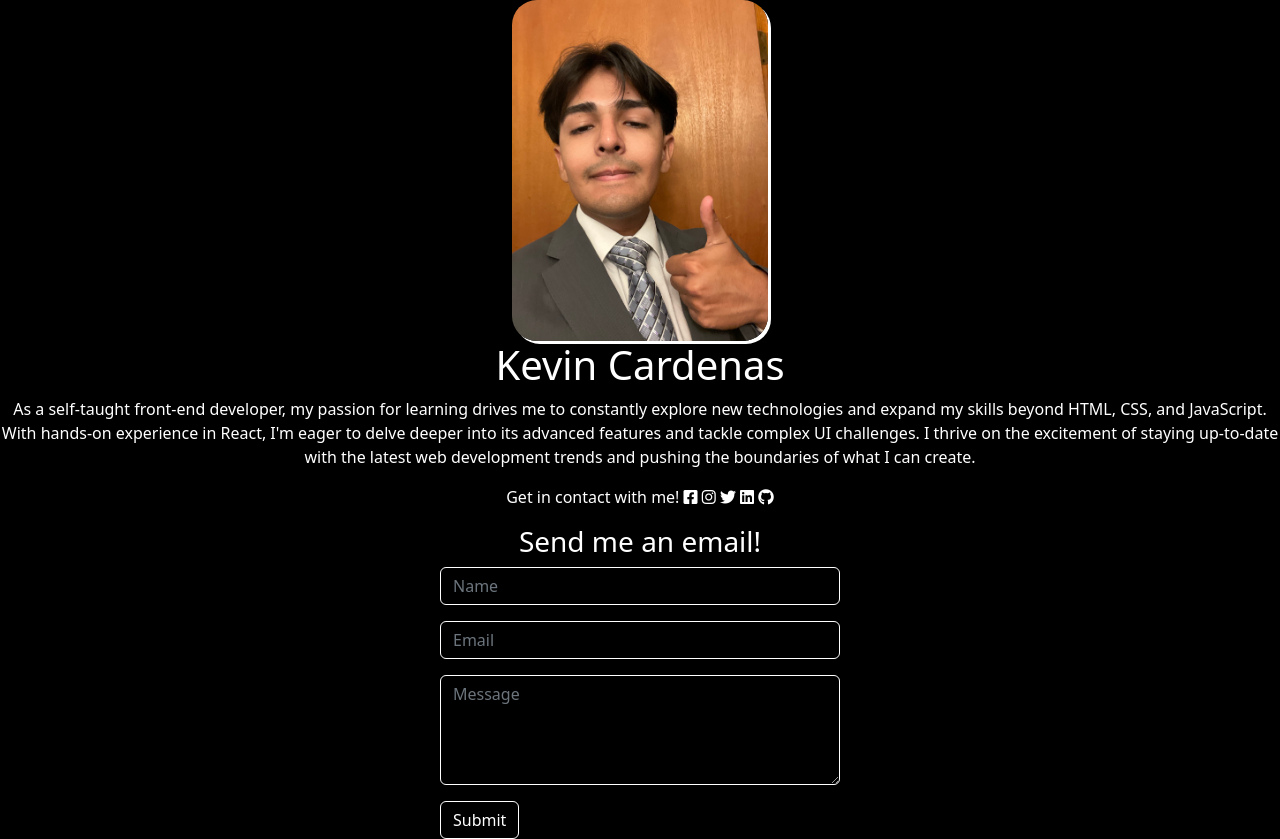
Repository: elqueben/elqueben.github.io
Page: public/index.html
An editor plug-in stored every save of this project. The page is shown before and after the next save, followed by the edit.
The browser window is 1280 px wide. The pictures show the whole page.

Above is the page before, as saved 2023-06-20 12:24:39.

### public/index.html
<!DOCTYPE html>
<html lang="en">
<head>
  <meta charset="UTF-8">
  <meta name="viewport" content="width=device-width, initial-scale=1.0">
  <link rel="stylesheet" href="https://cdnjs.cloudflare.com/ajax/libs/font-awesome/6.4.0/css/all.min.css" integrity="sha512-iecdLmaskl7CVkqkXNQ/ZH/XLlvWZOJyj7Yy7tcenmpD1ypASozpmT/E0iPtmFIB46ZmdtAc9eNBvH0H/ZpiBw==" crossorigin="anonymous" referrerpolicy="no-referrer" />
  <link rel="stylesheet" href="https://cdn.jsdelivr.net/npm/bootstrap@5.2.3/dist/css/bootstrap.min.css" integrity="sha384-rbsA2VBKQhggwzxH7pPCaAqO46MgnOM80zW1RWuH61DGLwZJEdK2Kadq2F9CUG65" crossorigin="anonymous">
  <link rel="stylesheet" href="styles.css">
  <title>elqueben</title>
</head>
<body>
  <div>
    <img id="pfp" src="me.jpg" />
  </div>
  <div>
  <h1 class="text-center">Kevin Cardenas</h1>
  <p class="text-center">As a self-taught front-end developer, my passion for learning drives me to constantly explore new technologies and expand my skills beyond HTML, CSS, and JavaScript. With hands-on experience in React, I'm eager to delve deeper into its advanced features and tackle complex UI challenges. I thrive on the excitement of staying up-to-date with the latest web development trends and pushing the boundaries of what I can create.</p>
  </div>
  <div class="text-center">
    <p>Get in contact with me!
      <a href="https://www.facebook.com/eselqueben/" target="_blank"><i class="fa fa-brands fa-square-facebook"></i></a>
      <a href="https://www.instagram.com/elqueben/" target="_blank"><i class="fa fa-brands fa-instagram"></i></a>
      <a href="https://twitter.com/eselqueben" target="_blank"><i class="fa fa-brands fa-twitter"></i></a>
      <a href="https://www.linkedin.com/in/elqueben/" target="_blank"><i class="fa fa-brands fa-linkedin"></i></a>
      <a href="https://github.com/elqueben" target="_blank"><i class="fa fa-brands fa-github"></i></a>
    </p>
  </div>
  <div>
    <div>
      <h3 class="text-center">Send me an email!</h3>
      <form class="my-form">
        <div class="mb-3">
          <input type="text" name="name" class="form-control" placeholder="Name">
        </div>
        <div class="mb-3">
          <input type="email" name="email" class="form-control" placeholder="Email">
        </div>
        <div class="mb-3">
          <textarea class="form-control" rows="4" placeholder="Message"></textarea>
        </div>
        <button type="submit" class="btn btn-primary">Submit</button>
      </form>
    </div>
  </div>

</body>
</html>

### public/styles.css
#pfp {
    width: 20%;
    display: block;
    margin: 0 auto;
    border: 2px;
    border-radius: 25px;
    box-shadow: 3px 3px;
}

body {
    background-color: #000;
    color: #fff;
}

.my-form {
    max-width: 400px;
    margin: 0 auto;
}

.form-control {
    background-color: #000;
    border: 1px solid #fff;
    color: #fff;
}

.btn-primary {
    background-color: #000;
    border-color: #fff;
}

.btn-primary:hover {
    background-color: #333;
    border-color: #fff;
    color: #fff;
}

.fa {
    color: #fff;
}

.fa:hover {
    color: #333;
  }

After the next save:
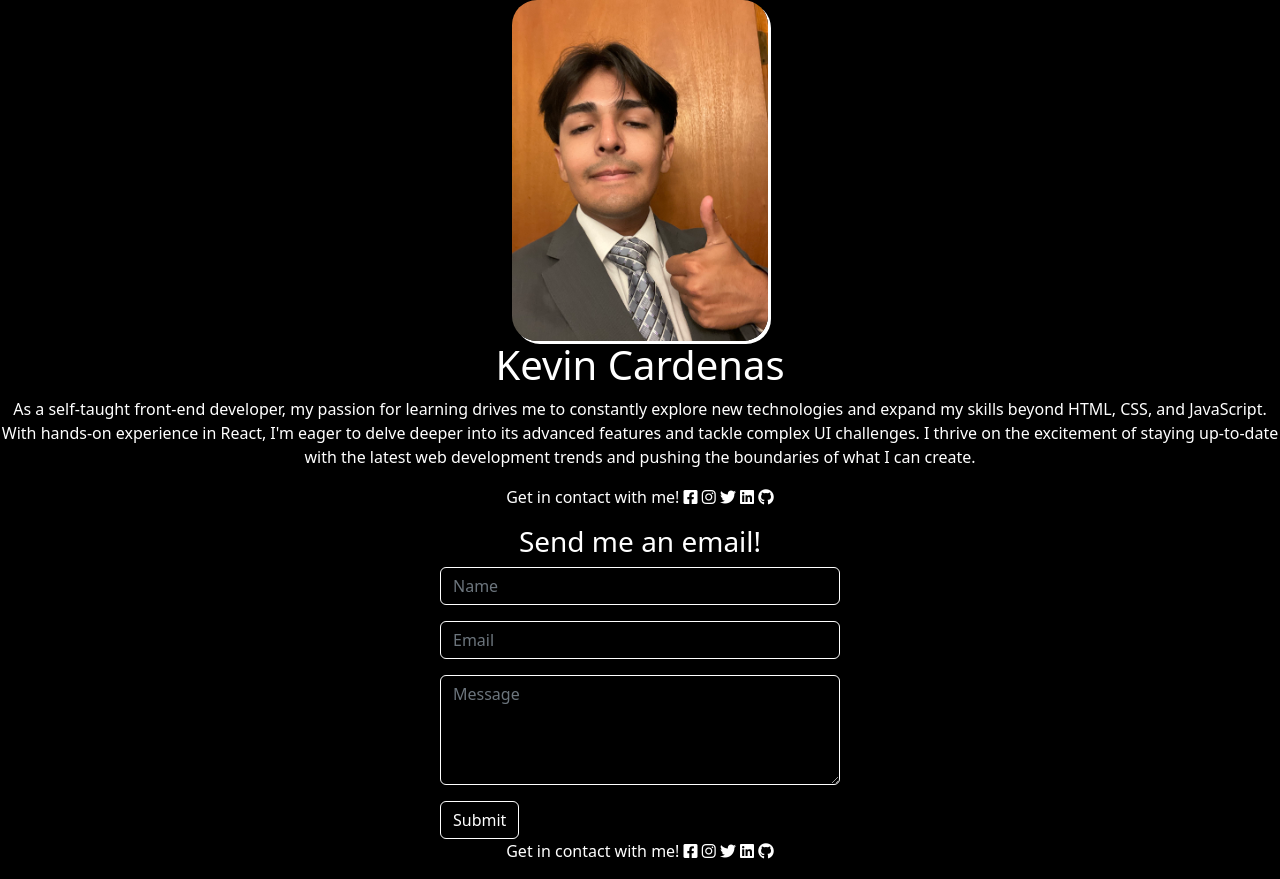
Saved 7 s later.
--- a/public/index.html
+++ b/public/index.html
@@ -42,6 +42,14 @@
       </form>
     </div>
   </div>
-
+  <div class="text-center">
+    <p>Get in contact with me!
+      <a href="https://www.facebook.com/eselqueben/" target="_blank"><i class="fa fa-brands fa-square-facebook"></i></a>
+      <a href="https://www.instagram.com/elqueben/" target="_blank"><i class="fa fa-brands fa-instagram"></i></a>
+      <a href="https://twitter.com/eselqueben" target="_blank"><i class="fa fa-brands fa-twitter"></i></a>
+      <a href="https://www.linkedin.com/in/elqueben/" target="_blank"><i class="fa fa-brands fa-linkedin"></i></a>
+      <a href="https://github.com/elqueben" target="_blank"><i class="fa fa-brands fa-github"></i></a>
+    </p>
+  </div>
 </body>
 </html>
